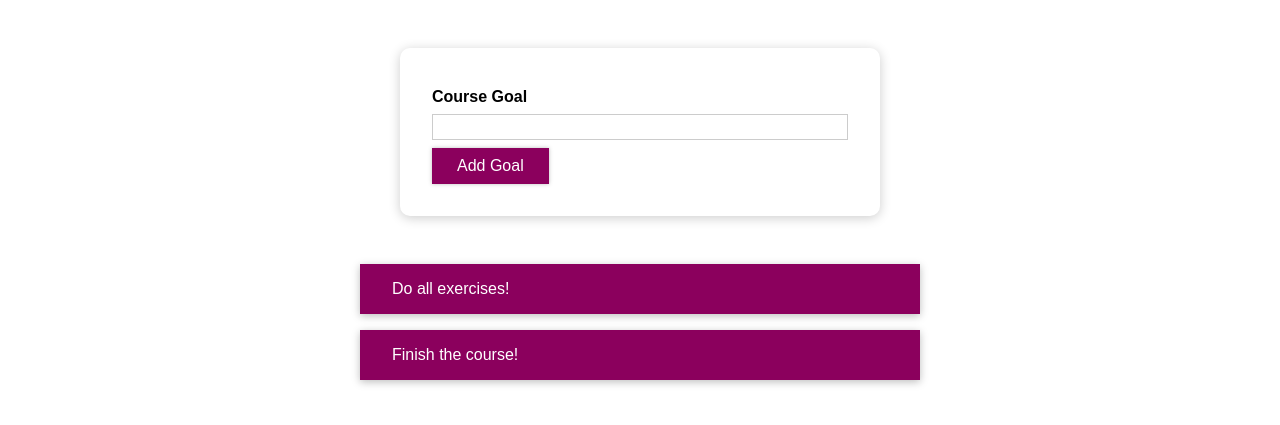
Repository: NamalPathirana/01-starting-project
Page: /
These files come from the project's save history. The page is drawn as it stood at one moment and after the next save; the edit follows.
The browser window is 1280 px wide. The pictures show the whole page.
The project was rebuilt for these pictures with package versions that can differ from the ones it lists, and the page was loaded fresh each time. Also part of the build but not shown: src/components/UI/Button/Button.js.

Above is the page before, as saved 2021-11-23 16:32:20.

### src/components/CourseGoals/CourseInput/CourseInput.js
import React, { useState } from 'react';
import styled from 'styled-components';
import Button from '../../UI/Button/Button';

const CourseInput = props => {
  const [enteredValue, setEnteredValue] = useState('');
  const [isValid, setIsValid] = useState(true);

  const FormControl = styled.div`

  margin: 0.5rem 0;

  & label {
    font-weight: bold;
    display: block;
    margin-bottom: 0.5rem;
  }

  & input {
    display: block;
    width: 100%;
    border: 1px solid #ccc;
    font: inherit;
    line-height: 1.5rem;
    padding: 0 0.25rem;
  }

  & input:focus {
    outline: none;
    background: #fad0ec;
    border-color: #8b005d;
  }

  &.inValid input{
    background-color: #f3b5de;
    border-color: red;
  }

  &.inValid label{
    color: red;
  }

  `;

  const goalInputChangeHandler = event => {
    if (event.target.value.trim().length > 0) {
      setIsValid(true);
    }

    setEnteredValue(event.target.value);
  };

  const formSubmitHandler = event => {
    event.preventDefault();
    if (enteredValue.trim().length === 0) {
      setIsValid(false);
      return;
    }
    props.onAddGoal(enteredValue);
  };

  return (
    <form onSubmit={formSubmitHandler}>
      <FormControl className={!isValid && 'inValid'}>
        <label >Course Goal</label>
        <input type="text" onChange={goalInputChangeHandler} />
      </FormControl>
      <Button type="submit">Add Goal</Button>
    </form>
  );
};

export default CourseInput;

Loaded but not shown: public/index.html (common file); src/index.js (common file); src/index.css (common file); src/App.js (common file); src/components/CourseGoals/CourseGoalList/CourseGoalList.js (common file); src/App.css (common file); src/components/CourseGoals/CourseGoalItem/CourseGoalItem.js (common file); src/components/CourseGoals/CourseGoalList/CourseGoalList.css (common file); src/components/CourseGoals/CourseGoalItem/CourseGoalItem.css (common file)

After the next save:
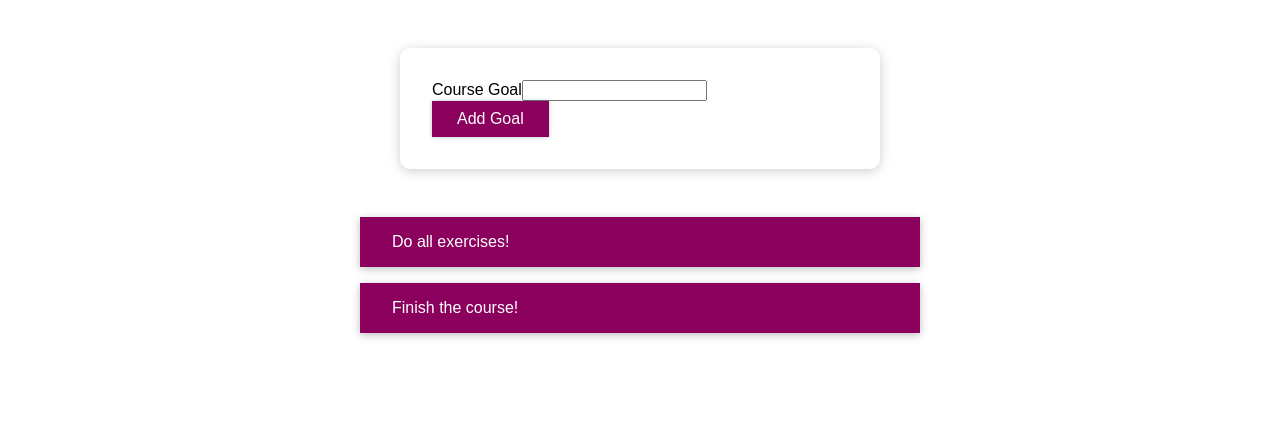
Saved 47 s later.
--- a/src/components/CourseGoals/CourseInput/CourseInput.js
+++ b/src/components/CourseGoals/CourseInput/CourseInput.js
@@ -7,38 +7,6 @@
   const [isValid, setIsValid] = useState(true);
 
   const FormControl = styled.div`
-
-  margin: 0.5rem 0;
-
-  & label {
-    font-weight: bold;
-    display: block;
-    margin-bottom: 0.5rem;
-  }
-
-  & input {
-    display: block;
-    width: 100%;
-    border: 1px solid #ccc;
-    font: inherit;
-    line-height: 1.5rem;
-    padding: 0 0.25rem;
-  }
-
-  & input:focus {
-    outline: none;
-    background: #fad0ec;
-    border-color: #8b005d;
-  }
-
-  &.inValid input{
-    background-color: #f3b5de;
-    border-color: red;
-  }
-
-  &.inValid label{
-    color: red;
-  }
 
   `;
 

After the save that followed:
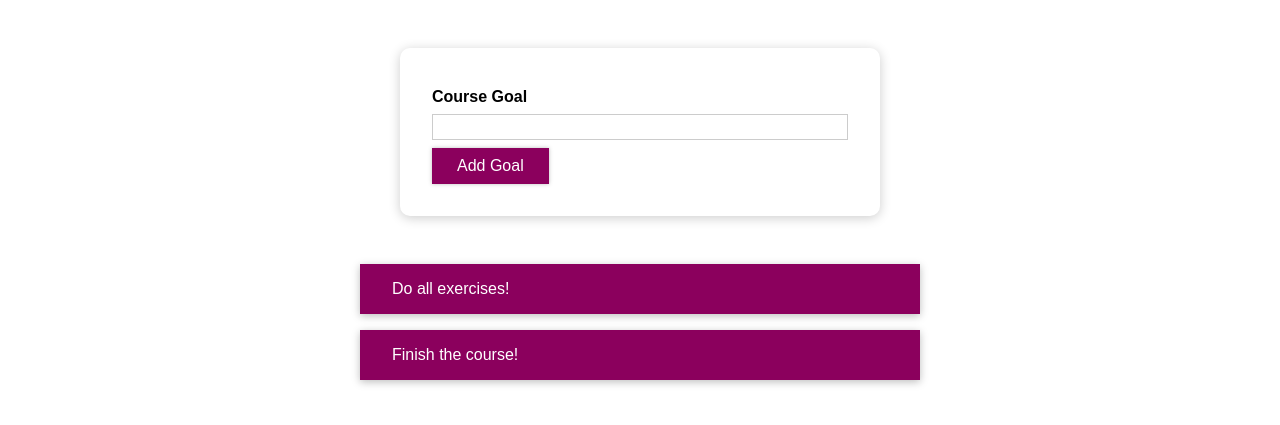
Saved 17 s later.
--- a/src/components/CourseGoals/CourseInput/CourseInput.js
+++ b/src/components/CourseGoals/CourseInput/CourseInput.js
@@ -7,6 +7,38 @@
   const [isValid, setIsValid] = useState(true);
 
   const FormControl = styled.div`
+
+  margin: 0.5rem 0;
+
+  & label {
+    font-weight: bold;
+    display: block;
+    margin-bottom: 0.5rem;
+  }
+
+  & input {
+    display: block;
+    width: 100%;
+    border: 1px solid #ccc;
+    font: inherit;
+    line-height: 1.5rem;
+    padding: 0 0.25rem;
+  }
+
+  & input:focus {
+    outline: none;
+    background: #fad0ec;
+    border-color: #8b005d;
+  }
+
+  &.inValid input{
+    background-color: #f3b5de;
+    border-color: red;
+  }
+
+  &.inValid label{
+    color: red;
+  }
 
   `;
 
